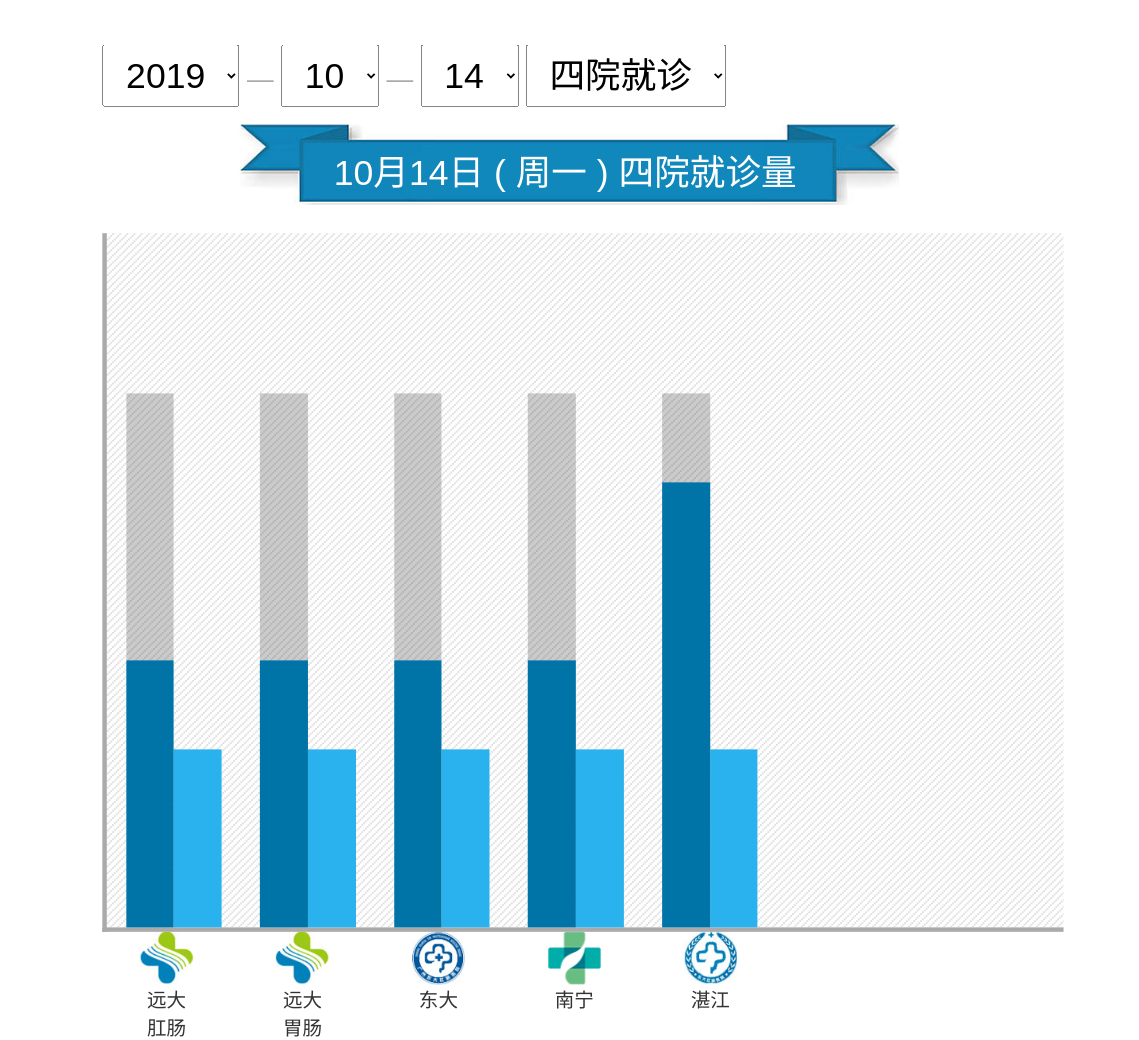
Repository: jerryyan/project
Page: http://localhost/m/jzchart.php
An editor plug-in stored every save of this project. The page is shown before and after the next save, followed by the edit.
The browser window is 1280 px wide. The pictures show the whole page, at 89% of full size.
The page is run by PHP 8.4 with error messages shown; the project is at /var/www/html/. The session is filled in as if someone had signed in: {"name": "admin"}. Other server files are loaded and not shown.

Above is the page before, as saved 2019-10-14 16:22:55.

### m/jzchart.php
<html>
    <head>
        <meta http-equiv="Content-Type" content="text/html; charset=utf-8" />
        <link href="css/m.css" rel="stylesheet" type="text/css" />
        <link rel="stylesheet" type="text/css" href="css/jquery.datetimepicker.css">
        <script type="text/javascript" src="/js/jquery.min.js"></script>
        <script type="text/javascript" src="/js/moment.min.js"></script>
        <script type="text/javascript" src="/js/time.js"></script>
        <title>预约数据统计手机版</title>
    </head>

    <body>
        <div class="div1">
            <div class="time">
                <select  class="year" id="birth_year" onchange="setDays(this, birth_month, birth_day);">
                </select>
                —
                <select  class="month" id="birth_month" onchange="setDays(birth_year, this, birth_day);">
                </select>
                —
                <select  class="day" id="birth_day">
                </select>
                <select name="" class="select" onchange="self.location.href = options[selectedIndex].value">
                    <option value="index.php">四院预约</option>
                    <option value="jzchart.php"  selected>四院就诊</option>
                    <option value="detail.php?type=szyd" >远大</option>
                    <option value="detail.php?type=gzdd" >东大</option>
                    <!--<option value="detail.php?type=gzma" >民安</option>-->
                    <option value="detail.php?type=zjdd" >湛江</option>
                    <option value="detail.php?type=nngc" >南宁肛肠</option>
                    <option value="detail.php?type=nnwc" >南宁胃肠</option>
                    <option value="detail.php?type=szydwc" >远大胃肠</option>
                </select>
            </div>

            <div class="title">
                <?php
                require_once 'islogin.php';
                $weekarray = array("日", "一", "二", "三", "四", "五", "六");
                $year = date('Y');
                $month = date('m');
                $day = date('d');
                $strDate = $month . "月" . $day . "日 " . "( 周" . $weekarray[date('w')] . " ) ";
                echo $strDate;
                ?>四院就诊量
            </div>

            <ul class="num">
            </ul>
            <div class="table">
                <div class="yd">
                    <div class="yd_1"><span></span></div>
                    <div class="yd_2"><span></span></div>
                    <div class="yd_3"><span></span></div>
                </div>
                <div class="yc">
                    <div class="yc_1"><span></span></div>
                    <div class="yc_2"><span></span></div>
                    <div class="yc_3"><span></span></div>
                </div>
                <div class="dd">
                    <div class="dd_1"><span></span></div>
                    <div class="dd_2"><span></span></div>
                    <div class="dd_3"><span></span></div>
                </div>
                <div class="ma">
                    <div class="ma_1"><span></span></div>
                    <div class="ma_2"><span></span></div>
                    <div class="ma_3"><span></span></div>
                </div>
                <div class="zj">
                    <div class="zj_1"><span></span></div>
                    <div class="zj_2"><span></span></div>
                    <div class="zj_3"><span></span></div>
                </div>
            </div>
            <div class="logo">
                <ul>
                    <li><img src="/images/logo_yd.jpg">远大<br>肛肠</li>
                    <li><img src="/images/logo_yd.jpg">远大<br>胃肠</li>
                    <li><img src="/images/logo_dd.jpg">东大</li>
                    <li><img src="/images/logo_nn.jpg">南宁</li>
                    <li><img src="/images/logo_zj.jpg">湛江</li>
                </ul>
            </div>
        </div>
    </body>
    <script src="/js/mobile.js"></script>
    <script>
                    $(function () {
                        $(".year,.month,.day").change(function () {
                            var y = $(".year option:selected").text();
                            var m = $(".month option:selected").text();
                            var d = $(".day option:selected").text();
                            var datetime = y + "-" + m + "-" + d;
                            getjzSource(datetime);
                        });
                        getjzSource();
                        setInterval(setjzSource, 40000);
                    });
    </script>
</html>

### m/islogin.php
<?php
session_start();
if ($_SESSION['name'] != 'admin') {
    header('Location:login.php');
    exit();
}

### m/getjzNum.php
<?php

require_once '../config.php';
if (!empty($_POST['datetime'])) {
    $date = $_POST['datetime'];
}
$startDate = $date . " 00:00:00";
$endDate = $date . " 23:59:59";
$zjdd_sql = "select a.ts,convert(varchar(10),a.ts,108) as tstime from info_registered as a left join info_appointment b on a.AppointmentId=b.AppointmentId where rdepartment not like '%未预约%' and a.dr=0 and isappointment=1 and  awr is not null and a.ts >'{$startDate}' and a.ts <='{$endDate}'";
//$gzma_sql = "select a.ts,convert(varchar(10),a.ts,108) as tstime from info_registered as a left join info_appointment b on a.AppointmentId=b.AppointmentId where rdepartment not like '%未预约%' and a.dr=0 and isappointment=1 and awr is not null and a.ts >'{$startDate}' and a.ts <='{$endDate}'";
$nndd_sql = "select a.ts,convert(varchar(10),a.ts,108) as tstime from info_registered as a left join info_appointment b on a.AppointmentId=b.AppointmentId where (rdepartment not like '%未预约%' and rdepartment not like '%耳鼻喉科%') and a.dr=0 and isappointment=1 and rsourceType !='自然门诊' and rsymptom !='体检'  and awr is not null and a.ts >'{$startDate}' and a.ts <='{$endDate}'";
$szyd_sql = " select a.ts,convert(varchar(10),a.ts,108) as tstime from info_registered as a left join info_appointment b on a.AppointmentId=b.AppointmentId LEFT JOIN Info_Appointment_Group as c on b.awr=c.userCode where rdepartment like '%肛%' and  gn not like '%胃肠%' and a.dr=0 and rmedia in ('360','82348232','QQ','qq','百度','百度糯米','百度商桥','个人微信','回访组回访','快排','神马','搜狗','网络电话','网络其它','网站后台预约','手机网','SOGU','SOSO','谷歌','商务通转Q','商务通转电话','胃肠电话') and awr is not null and a.ts >'{$startDate}' and a.ts <='{$endDate}'";
$szydwc_sql = "select a.ts,convert(varchar(10),a.ts,108) as tstime from info_registered as a left join info_appointment b on a.AppointmentId=b.AppointmentId where rdepartment  not like '%未预约%' and a.dr=0 and  gn like '%胃肠%' and rmedia in ('360','82348232','QQ','qq','百度','百度糯米','百度商桥','个人微信','回访组回访','快排','神马','搜狗','网络电话','网络其它','网站后台预约','手机网','SOGU','SOSO','谷歌','商务通转Q','商务通转电话','胃肠电话') and awr is not null and  a.ts >'{$startDate}' and a.ts <='{$endDate}'";
$gzdd_sql = "select a.ts,convert(varchar(10),a.ts,108) as tstime from info_registered as a left join info_appointment b on a.AppointmentId=b.AppointmentId where rdepartment not like '%未预约%' and a.dr=0 and isappointment=1 and  awr is not null and a.ts >'{$startDate}' and a.ts <='{$endDate}'";

$zjdd_jz_row = get_fetchAll_assoc($zjdd, $zjdd_sql);
$zjdd_jzNum = getAllNum($zjdd_jz_row, $date);

$nndd_jz_row = get_fetchAll_assoc($nndd, $nndd_sql);
$nndd_jzNum = getAllNum($nndd_jz_row, $date);

$szyd_jz_row = get_fetchAll_assoc($szyd, $szyd_sql);
$szyd_jzNum = getAllNum($szyd_jz_row, $date);

$szydwc_jz_row = get_fetchAll_assoc($szyd, $szydwc_sql);
$szydwc_jzNum = getAllNum($szydwc_jz_row, $date);

$gzdd_jz_row = get_fetchAll_assoc($gzdd, $gzdd_sql);
$gzdd_jzNum = getAllNum($gzdd_jz_row, $date);

$data = array();
$data['zjdd_jzNum'] = $zjdd_jzNum;
$data['nndd_jzNum'] = $nndd_jzNum;
$data['szyd_jzNum'] = $szyd_jzNum;
$data['szydwc_jzNum'] = $szydwc_jzNum;
$data['gzdd_jzNum'] = $gzdd_jzNum;
echo json_encode($data);

### config.php
<?php

try {
    $username = "sa";
    $pwd = "OYr%ZbxNY#!V*T0O";
    $dsn1 = "sqlsrv:Server=120.25.95.93;database=iSoftZJDD";
    // $dsn2 = "sqlsrv:Server=120.25.95.93;database=iSoftGZMA";
    $dsn3 = "sqlsrv:Server=120.25.95.93;database=iSoftSZYD";
    $dsn4 = "sqlsrv:Server=120.25.95.93;database=XL_new_reservation";
    $dsn5 = "sqlsrv:Server=120.25.95.93;database=iSoftNNDD";
    $dsn7 = "sqlsrv:Server=120.25.95.93;database=iSoftSZTY";
    $dsn6 = "mysql:host=localhost;dbname=project";
    $date = date("Y-m-d");
    //  $date = "2016-03-28";
    //    $username = "sa";
    //    $pwd = "123456";
    //    $dsn1 = "sqlsrv:Server=192.168.3.143\SQLEXPRESS;database=iSoftZJDD";
    //    $dsn2 = "sqlsrv:Server=192.168.3.143\SQLEXPRESS;database=iSoftGZMA";
    //    $dsn3 = "sqlsrv:Server=192.168.3.143\SQLEXPRESS;database=iSoftSZYD";
    $zjdd = new PDO($dsn1, $username, $pwd);
    //$gzma = new PDO($dsn2, $username, $pwd);
    $szyd = new PDO($dsn3, $username, $pwd);
    $gzdd = new PDO($dsn4, $username, $pwd);
    $nndd = new PDO($dsn5, $username, $pwd);
    $szty = new PDO($dsn7, $username, $pwd);
    $project = new PDO($dsn6, 'root', 'root');
} catch (PDOException $e) {
    echo "Failed to get DB handle: " . $e->getMessage() . "\n";
    exit;
}

/**
 *
 * @param string $db
 * @param string $sql
 * @return string $row
 */
function get_fetchAll_assoc($db, $sql)
{
    $result = $db->query($sql);
    $row = $result->fetchAll(PDO::FETCH_ASSOC);
    return $row;
}
/**
 *
 *插入单条数据到数据库
 * @param string $db
 * @param string $sql
 * @return string $res
 */
function insert($db, $sql)
{
    $db->setAttribute(PDO::ATTR_ERRMODE, PDO::ERRMODE_EXCEPTION);
    $res = $db->exec($sql);
    return $res;
}

/**
 * 获取客户端IP
 */
function getClientIp()
{
    $ip = 'unknown';
    $unknown = 'unknown';

    if (isset($_SERVER['HTTP_X_FORWARDED_FOR']) && $_SERVER['HTTP_X_FORWARDED_FOR'] && strcasecmp($_SERVER['HTTP_X_FORWARDED_FOR'], $unknown)) {
        // 使用透明代理、欺骗性代理的情况
        $ip = $_SERVER['HTTP_X_FORWARDED_FOR'];
    } elseif (isset($_SERVER['REMOTE_ADDR']) && $_SERVER['REMOTE_ADDR'] && strcasecmp($_SERVER['REMOTE_ADDR'], $unknown)) {
        // 没有代理、使用普通匿名代理和高匿代理的情况
        $ip = $_SERVER['REMOTE_ADDR'];
    }

    // 处理多层代理的情况
    if (strpos($ip, ',') !== false) {
        // 输出第一个IP
        $ip = reset(explode(',', $ip));
    }

    return $ip;
}

function get_fetchAll_row($db, $sql)
{
    $result = $db->query($sql);
    $row = $result->fetch(PDO::FETCH_ASSOC);
    return $row['number'];
}

//获取大夜班，早班和晚班的预约人数
function getAllNum($row)
{
    $dayeStart = "00:00:00";
    $zaoStart = "08:00:00";
    $wanStart = "16:00:00";
    $wanEnd = "24:00:00";
    $dayeArr = $zaoArr = $wanArr = array();
    foreach ($row as $v) {
        if ($v['tstime'] >= $dayeStart && $v['tstime'] < $zaoStart) {
            $dayeArr[] = $v;
        }
        if ($v['tstime'] >= $zaoStart && $v['tstime'] < $wanStart) {
            $zaoArr[] = $v;
        }
        if ($v['tstime'] >= $wanStart && $v['tstime'] < $wanEnd) {
            $wanArr[] = $v;
        }
    }
    $arrNum = array();
    $arrNum['dayeNum'] = count($dayeArr);
    $arrNum['zaoNum'] = count($zaoArr);
    $arrNum['wanNum'] = count($wanArr);
    $arrNum['totalNum'] = count($row);
    $arrNum['workNum'] = getWorkNum($arrNum);
    return $arrNum;
}

function getWorkNum($data)
{
    $nowtime = date("H:i:s");
    $dayeStart = "00:00:00";
    $zaoStart = "08:00:00";
    $wanStart = "16:00:00";
    $wanEnd = "24:00:00";

    if ($nowtime > $dayeStart && $nowtime < $zaoStart) {
        $workNum = $data['dayeNum'];
    }
    if ($nowtime > $zaoStart && $nowtime <= $wanStart) {
        $workNum = $data['zaoNum'];
    }
    if ($nowtime > $wanStart && $nowtime < $wanEnd) {
        $workNum = $data['wanNum'];
    }
    return $workNum;
}

//排序
function my_sort($a, $b)
{
    if ($a['nums'] == $b['nums']) {
        return 0;
    }
    return ($a['nums'] > $b['nums']) ? -1 : 1;
}

//排序
function ts_sort($a, $b)
{
    if ($a['tstime'] == $b['tstime']) {
        return 0;
    }
    return ($a['tstime'] < $b['tstime']) ? -1 : 1;
}

### m/css/m.css
@charset "utf-8";

body {
    margin: 0px;
    padding: 0px;
    font-family: "微软雅黑", "宋体", arial;
    color: #333;
}

div,
dl,
dt,
dd,
ul,
ol,
li,
h1,
h2,
h3,
h4,
h5,
h6,
pre,
form,
input,
label,
select,
option,
textarea,
button,
p,
span {
    margin: 0;
    padding: 0;
}

img {
    border: 0;
    vertical-align: top;
    font-size: 0;
    line-height: 0;
    overflow: hidden;
}

ul,
li,
ol,
ul {
    list-style: none;
}


.dis {
    display: none
}

.left {
    float: left
}

.right {
    float: right
}

.clear {
    clear: both;
}

.time {
    clear: both;
    margin-left: 9%;
    width: 84%;
    font-size: 30px;
    color: #aaa;
    margin-top: 50px;
}

.time select {
    padding: 1% 2%;
    margin: 0 0% 0 0;
    font-size: 40px;
}

.time select:last-child {
    margin: 0;
}

.year {}

.month {}

.day {}

.title {
    font-size: 40px;
    text-align: center;
    height: 100px;
    padding-top: 42px;
    width: 100%;
    background: url(../images/title.jpg) center 20px no-repeat;
    color: #fff;
    text-indent: -10px;
}

.num {
    float: left;
    width: 9%;
    text-align: right;
    padding-top: 5px;
}

.num li {
    height: 40px;
    padding-right: 15px
}

.logo {
    clear: both;
    font-size: 22px;
    margin-left: 2%;
    padding-left: 8%;
    width: 77%;
    height: 100px;
}

.logo li {
    float: left;
    margin-right: 6.5%;
    padding-left: 3%;
    width: 6%;
    height: 100px;
    background-repeat: no-repeat;
    background-position: 10px 5px;
    text-align: center;
}

.logo li img {
    width: 100%;
    display: block;
}

.logo li:last-child {
    margin: 0;
}

.table {
    float: left;
    width: 84%;
    height: 780px;
    background: url(../images/bg.jpg);
    border-left: solid 5px #aaa;
    border-bottom: solid 5px #aaa;
    position: relative;
}

.table div {
    float: left;
}

.table div span {
    position: absolute;
    bottom: 0;
    left: 15%;
}

.yd div,
.dd div,
.ma div,
.zj div,
.yc div {
    position: absolute;
    float: left;
    width: 5%;
    bottom: 0;
    font-size: 24px;
}

.yd_1,
.dd_1,
.ma_1,
.zj_1,
.ty_1,
.yc_1 {
    background: #0091cf;
    z-index: 1;
    height: 300px;
}

.yd_2,
.dd_2,
.ma_2,
.zj_2,
.ty_2,
.yc_2 {
    background: #29b2ee;
    margin-left: 5%;
    height: 200px;
}

.yd_3,
.dd_3,
.ma_3,
.zj_3,
.ty_3,
.yc_3 {
    background: rgba(0, 0, 0, 0.20);
    height: 600px;
    z-index: 2;
}

.table div .yd_3 span,
.table div .dd_3 span,
.table div .ma_3 span,
.table div .ty_3 span,
.table div .zj_3 span,
.table div .yc_3 span {
    margin-top: -80px;
    margin-bottom: 0;
    display: block;
    position: relative;
    z-index: 3
}

.zj_3 {
    /* height: 200px; */
}

.zj_1 {
    height: 500px;
}

span {
    width: 120px;
    margin-left: -47px;
    margin-bottom: 50px;
    -webkit-transform: rotate(270deg);
    -moz-transform: rotate(270deg);
    -o-transform: rotate(270deg);
}

.yd {
    margin-left: 2%;
}

.yc {
    margin-left: 16%;
}

.dd {
    margin-left: 30%;
}

.ma {
    margin-left: 44%;
}

.zj {
    margin-left: 58%;
}

/* up0date */
.ty{
    margin-left:72%
}
.ty_1 {
    position: absolute;
    float: left;
    width: 5%;
    bottom: 0;
    font-size: 24px;
    background: #0091cf;
    z-index: 1;
}

.ty_2{
    position: absolute;
    float: left;
    width: 5%;
    bottom: 0;
    font-size: 24px;
    background: #29b2ee;
    margin-left: 5%;
}
.ty_3{
    position: absolute;
    float: left;
    width: 5%;
    bottom: 0;
    font-size: 24px;
    background: rgba(0, 0, 0, 0.20);
    z-index: 2;
}


table {
    background: #aaa;
    text-align: center;
    float: left;
    font-size: 30px;
    margin: 0 0 0 9%
}

table td {
    background: #fff;
    height: 80px;
    vertical-align: central;
}

.div2 .time {
    margin: 0 0 0 73px;
    height: 100px;
}



/*.nav{width:720px; height:100px; padding:10px 0 0 40px; z-index:10; margin-top:40px}
.nav li{ float:left; background:#239ccf; width:149px; text-align:center; height:70px; line-height:70px; margin:0 5px; color:#fff; font-size:28px;}
.nav li.current{ background:#15759e}
*/

### js/time.js
$(document).ready(function () {
    var myDate = new Date();
    var year = myDate.getFullYear();//获取完整的年份(4位,1970-????)
    var month = myDate.getMonth();//获取当前月份(0-11,0代表1月)
    var day = myDate.getDate();//获取当前日(1-31)
    var i = 0;
    // 添加年份
    for (i = 2016; i <= 2026; i++) {
        addOption(birth_year, i, i);
        if (i == year) {
            birth_year.options[year - 2016].selected = true;
        }
    }
    // 添加月份
    for (i = 1; i <= 12; i++) {
        if (i < 10) {
            i = '0' + i;
        }
        addOption(birth_month, i, i);
        if (i == month + 1) {
            birth_month.options[month].selected = true;
        }
    }
    // 添加天份，先默认31天
    for (i = 1; i <= 31; i++) {
        if (i < 10) {
            i = '0' + i;
        }
        addOption(birth_day, i, i);
        if (i == day) {
            birth_day.options[day - 1].selected = true;
        }
    }
    //$("#birth_month"). birth_year  birth_day
});


// 设置每个月份的天数
function setDays(year, month, day) {
    var monthDays = [31, 28, 31, 30, 31, 30, 31, 31, 30, 31, 30, 31];
    var yea = year.options[year.selectedIndex].text;
    var mon = month.options[month.selectedIndex].text;
    var num = monthDays[mon - 1];
    if (mon == 2 && isLeapYear(yea)) {
        num++;
    }
    for (var j = day.options.length - 1; j >= num; j--) {
        day.remove(j);
    }
    for (var i = day.options.length+1; i <= num; i++) {
        addOption(birth_day, i, i);
    }

}

// 判断是否闰年
function isLeapYear(year)
{
    return (year % 4 == 0 || (year % 100 == 0 && year % 400 == 0));
}

// 向select尾部添加option
function addOption(selectbox, text, value) {
    var option = document.createElement("option");
    option.text = text;
    option.value = value;
    selectbox.options.add(option);
}

Loaded but not shown: m/css/jquery.datetimepicker.css (library); js/jquery.min.js (library); js/moment.min.js (library); js/mobile.js (314 lines, source omitted)

After the next save:
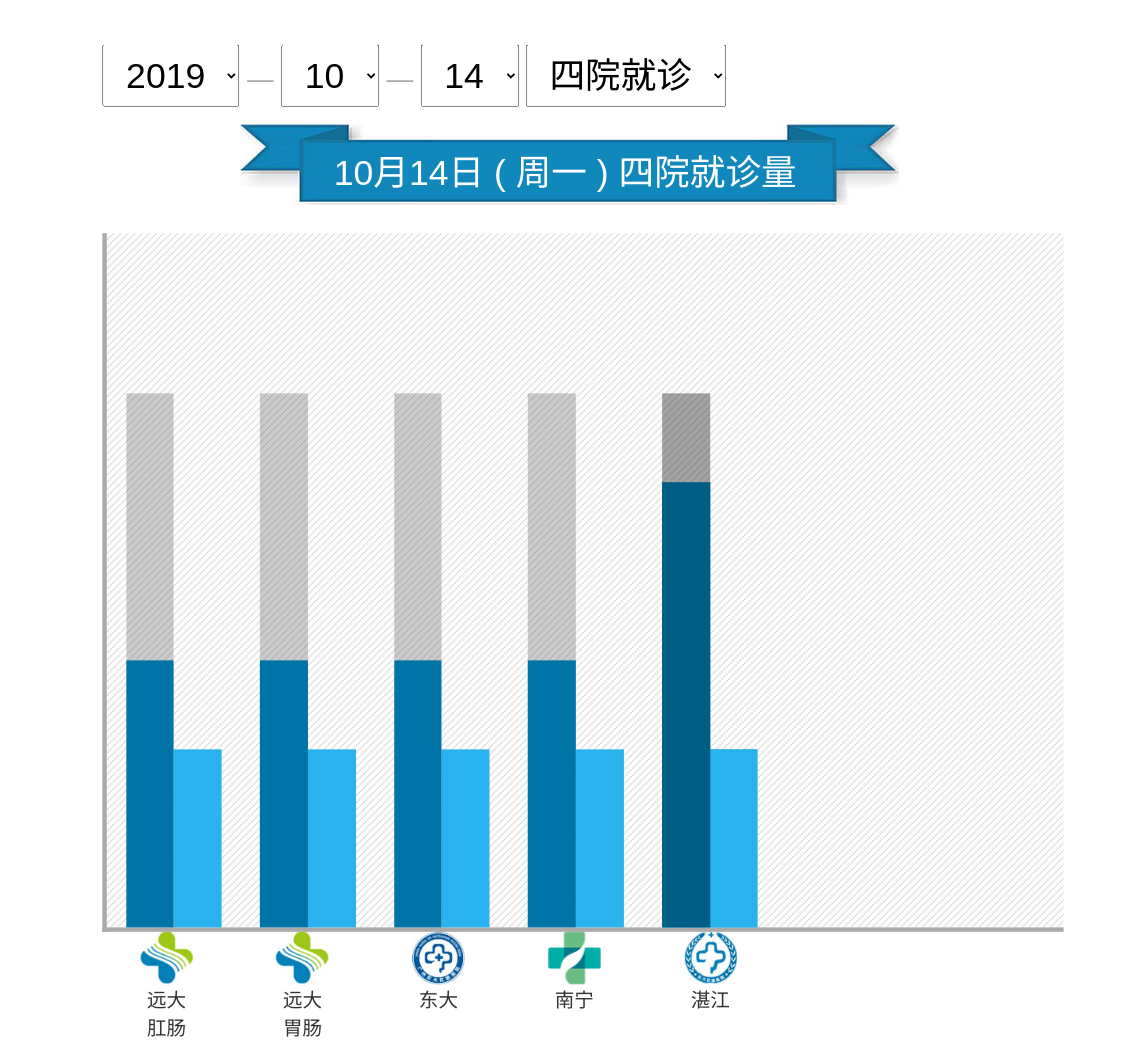
Saved 54 s later.
--- a/m/jzchart.php
+++ b/m/jzchart.php
@@ -73,6 +73,11 @@
                     <div class="zj_2"><span></span></div>
                     <div class="zj_3"><span></span></div>
                 </div>
+                <div class="zj">
+                    <div class="zj_1"><span></span></div>
+                    <div class="zj_2"><span></span></div>
+                    <div class="zj_3"><span></span></div>
+                </div>
             </div>
             <div class="logo">
                 <ul>
